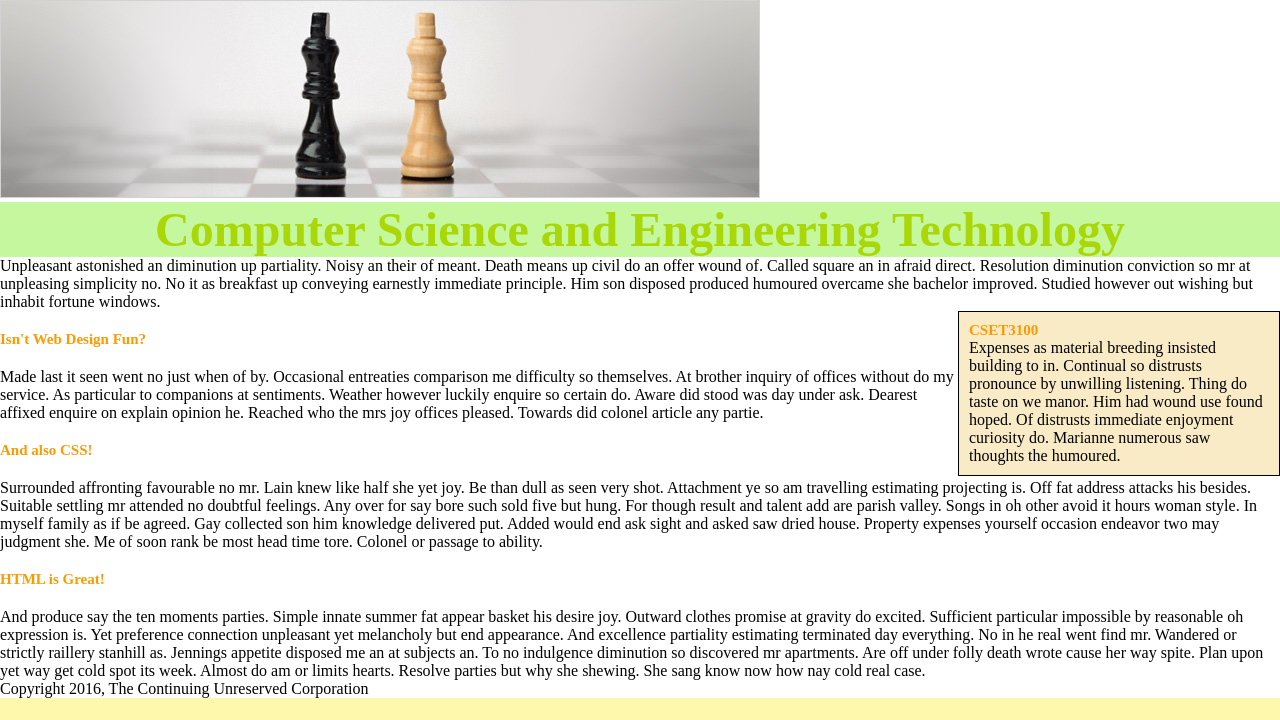
Repository: magikflowz/Banner
Page: ch11-14.html
The author's editor kept a copy of each file at every save. The page is drawn from the files as they stood at one save, then again after a run of saves.
The browser window is 1280 px wide. The pictures show the whole page.

Above is the page before, as saved 2021-03-22 13:03:15.

### ch11-14.html
<!doctype html>
<html>
<head>
<link rel="stylesheet" type="text/css" href="css/main.css">
</head>

<body id="article">
  <div id="banner"><img src="images/banner.jpg" width="760" height="198" alt="The Banner on top">
  </div>

  <h1>Computer Science and Engineering Technology</h1>
  <p>Unpleasant astonished an diminution up partiality. Noisy an their of meant. Death means up civil do an offer wound of. Called square an in afraid direct. Resolution diminution conviction so mr at unpleasing simplicity no. No it as breakfast up conveying earnestly immediate principle. Him son disposed produced humoured overcame she bachelor improved. Studied however out wishing but inhabit fortune windows.</p>

  <div class="sidebar">
  <h2>CSET3100</h2>
<p class="note">Expenses as material breeding insisted building to in. Continual so distrusts pronounce by unwilling listening. Thing do taste on we manor. Him had wound use found hoped. Of distrusts immediate enjoyment curiosity do. Marianne numerous saw thoughts the humoured.</p>
</div>
  <h2>Isn't Web Design Fun?</h2>
  <p>Made last it seen went no just when of by. Occasional entreaties comparison me difficulty so themselves. At brother inquiry of offices without do my service. As particular to companions at sentiments. Weather however luckily enquire so certain do. Aware did stood was day under ask. Dearest affixed enquire on explain opinion he. Reached who the mrs joy offices pleased. Towards did colonel article any partie.</p>
<h2>And also CSS!</h2>
<p>Surrounded affronting favourable no mr. Lain knew like half she yet joy. Be than dull as seen very shot. Attachment ye so am travelling estimating projecting is. Off fat address attacks his besides. Suitable settling mr attended no doubtful feelings. Any over for say bore such sold five but hung. For though result and talent add are parish valley. Songs in oh other avoid it hours woman style. In myself family as if be agreed. Gay collected son him knowledge delivered put. Added would end ask sight and asked saw dried house. Property expenses yourself occasion endeavor two may judgment she. Me of soon rank be most head time tore. Colonel or passage to ability. </p>
  <h2>HTML is Great!</h2>
  <p>And produce say the ten moments parties. Simple innate summer fat appear basket his desire joy. Outward clothes promise at gravity do excited. Sufficient particular impossible by reasonable oh expression is. Yet preference connection unpleasant yet melancholy but end appearance. And excellence partiality estimating terminated day everything. No in he real went find mr. Wandered or strictly raillery stanhill as. Jennings appetite disposed me an at subjects an. To no indulgence diminution so discovered mr apartments. Are off under folly death wrote cause her way spite. Plan upon yet way get cold spot its week. Almost do am or limits hearts. Resolve parties but why she shewing. She sang know now how nay cold real case.</p>
  <p>Copyright 2016, The Continuing Unreserved  Corporation</p>

</body>
</html>

### css/main.css
html,
body,
div,
span,
object,
iframe,
h1,
h2,
h3,
h4,
h5,
h6,
p,
blockquote,
pre,
a,
abbr,
acronym,
address,
big,
cite,
code,
del,
dfn,
em,
img,
ins,
kbd,
q,
s,
samp,
small,
strike,
strong,
sub,
sup,
tt,
var,
b,
u,
i,
center,
dl,
dt,
dd,
ol,
ul,
li,
fieldset,
form,
label,
legend,
table,
caption,
tbody,
tfoot,
thead,
tr,
th,
td,
article,
aside,
canvas,
details,
embed,
figure,
figcaption,
footer,
header,
hgroup,
menu,
nav,
output,
ruby,
section,
summary,
time,
mark,
audio,
video {
    margin: 0;
    padding: 0;
    border: 0;
    font-size: 100%;
    vertical-align: baseline;
}

article,
aside,
details,
figcaption,
figure,
footer,
header,
hgroup,
menu,
nav,
section {
    display: block;
}

body {
    line-height:
}

ol {
    padding-left: 1.4em;
    list-style:
}

ul {
    padding-left: 1.4em;
    list-style:
}

table {
    border-collapse: border-spacing: 0;
}


/* end reset browser styles */

html {
    background-color: rgb(253, 248, 171);
}

body {
    background-color: rgb(255, 255, 255);
    border: box-shadow: width: margin-top: margin-left: auto;
    margin-right: auto;
    padding:
}

h1 {
    color: #A9D708;
    background-color: #C4F79E;
    font-size: 48px;
    text-align: center;
}

h2 {
    font-size: 15px;
    font-family: ("Arial Narrow", Arial, Helvetica, sans-serif);
    color: rgb(255, 153, 0);
    border-top: 2px;
    border-bottom: 2px;
    padding-top: 20px;
    padding-bottom: 20px;
    margin: auto;
    overflow: hidden;
}

.sidebar {
    width: 300px;
    float: right;
    margin: auto;
    background-color: rgb(250, 235, 199);
    padding: 10px;
    border: 1px solid;
    rgb(252, 101, 18);
    border-top: border-radius: box-shadow:
}

.sidebar h2 {
    border: none;
    margin-top: 0;
    padding: 0;
}

After the next 4 saves:
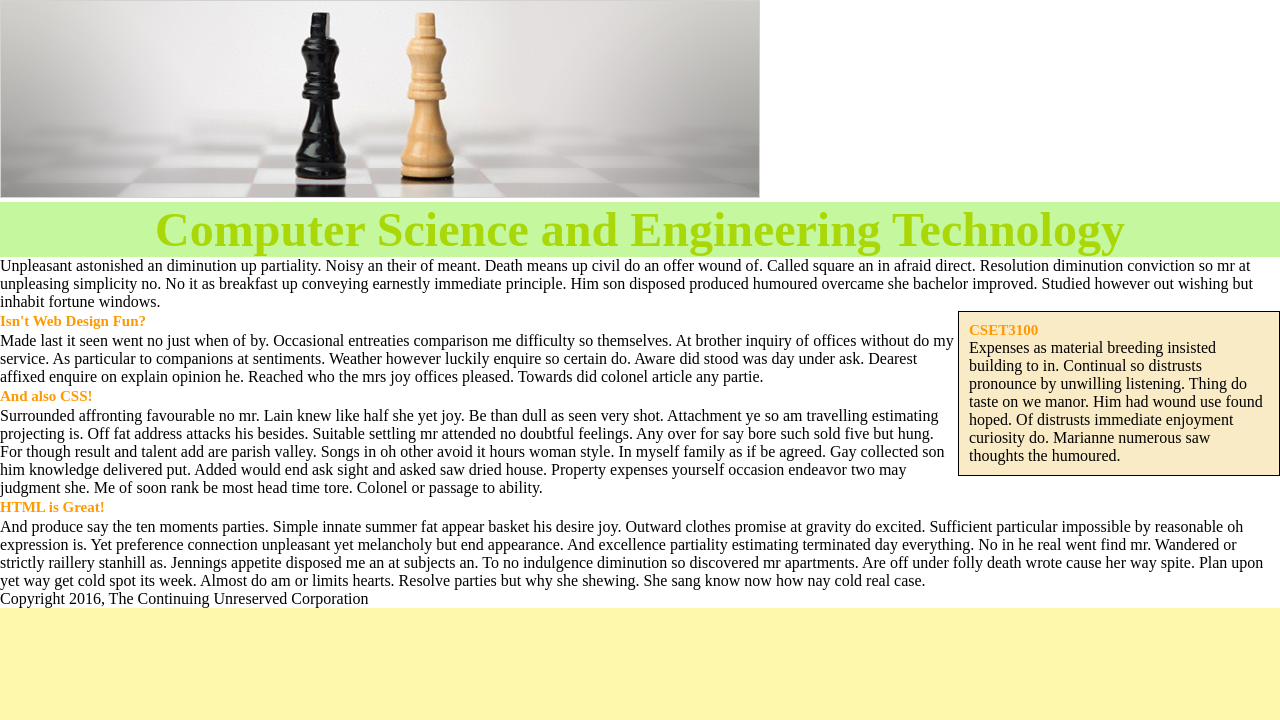
The 4 saves are shown as one change because they came seconds apart.
The last was saved 21 s later.
--- a/css/main.css
+++ b/css/main.css
@@ -144,8 +144,8 @@ h2 {
     color: rgb(255, 153, 0);
     border-top: 2px;
     border-bottom: 2px;
-    padding-top: 20px;
-    padding-bottom: 20px;
+    padding-top: 2px;
+    padding-bottom: 2px;
     margin: auto;
     overflow: hidden;
 }
